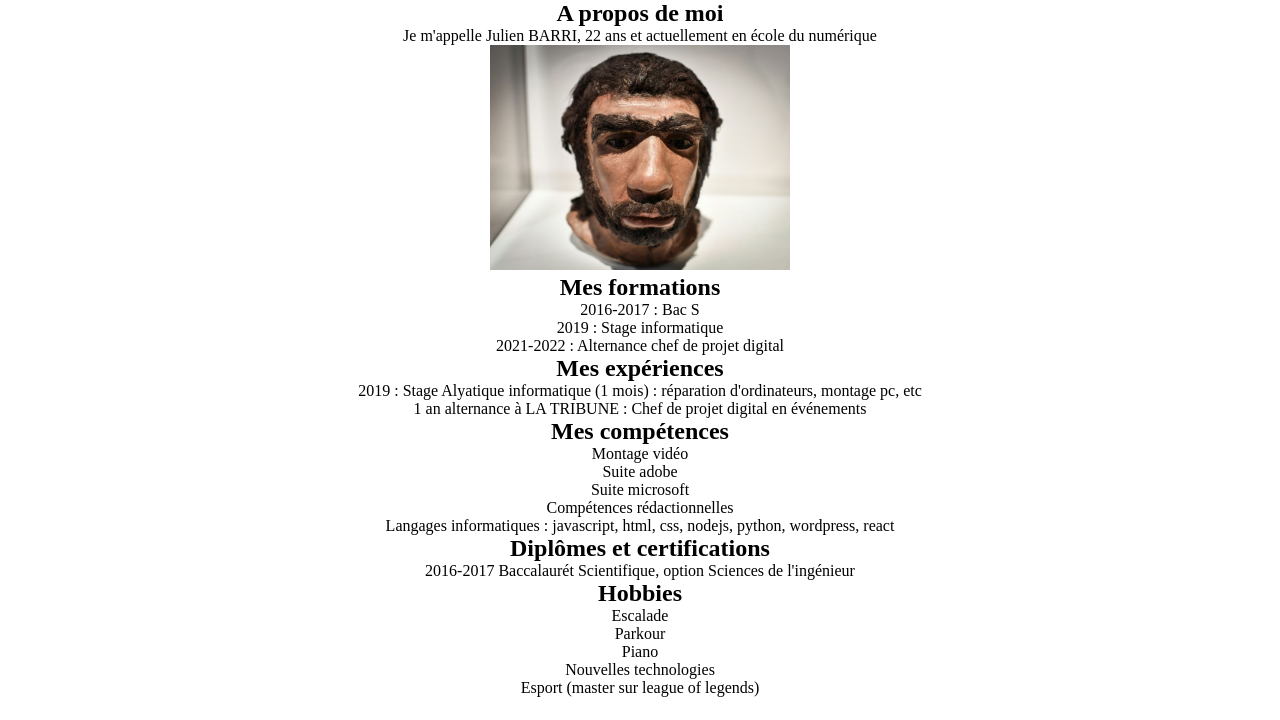
Repository: barridev/cours_devops.github.io
Page: index.html
An editor plug-in stored every save of this project. The page is shown before and after the next save, followed by the edit.
The browser window is 1280 px wide. The pictures show the whole page.

Above is the page before, as saved 2022-06-13 15:32:49.

After the next save:
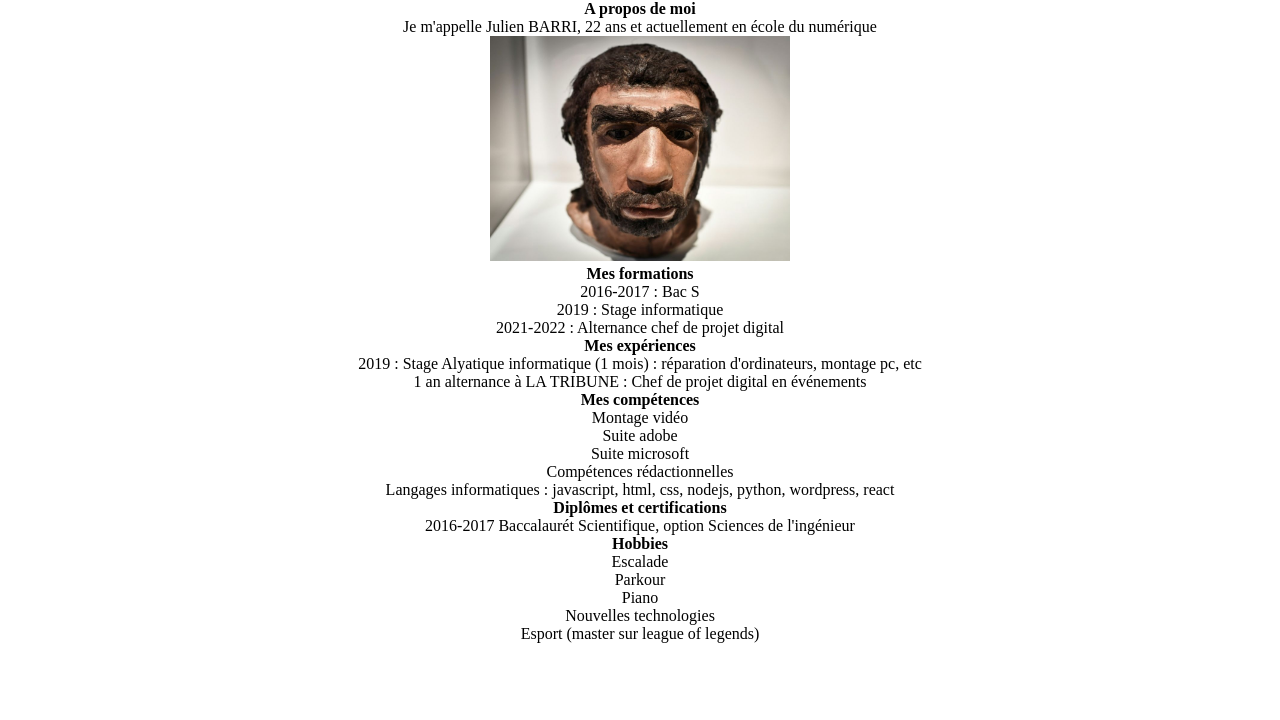
Saved 12 s later.
--- a/style.css
+++ b/style.css
@@ -1,7 +1,75 @@
-* {
+html,
+body,
+body div,
+span,
+object,
+iframe,
+h1,
+h2,
+h3,
+h4,
+h5,
+h6,
+p,
+blockquote,
+pre,
+abbr,
+address,
+cite,
+code,
+del,
+dfn,
+em,
+img,
+ins,
+kbd,
+q,
+samp,
+small,
+strong,
+sub,
+sup,
+var,
+b,
+i,
+dl,
+dt,
+dd,
+ol,
+ul,
+li,
+fieldset,
+form,
+label,
+legend,
+table,
+caption,
+tbody,
+tfoot,
+thead,
+tr,
+th,
+td,
+article,
+aside,
+figure,
+footer,
+header,
+hgroup,
+menu,
+nav,
+section,
+time,
+mark,
+audio,
+video {
     margin: 0;
     padding: 0;
-    box-sizing: border-box;
+    border: 0;
+    outline: 0;
+    font-size: 100%;
+    vertical-align: baseline;
+    background: transparent;
 }
 
 .center {
